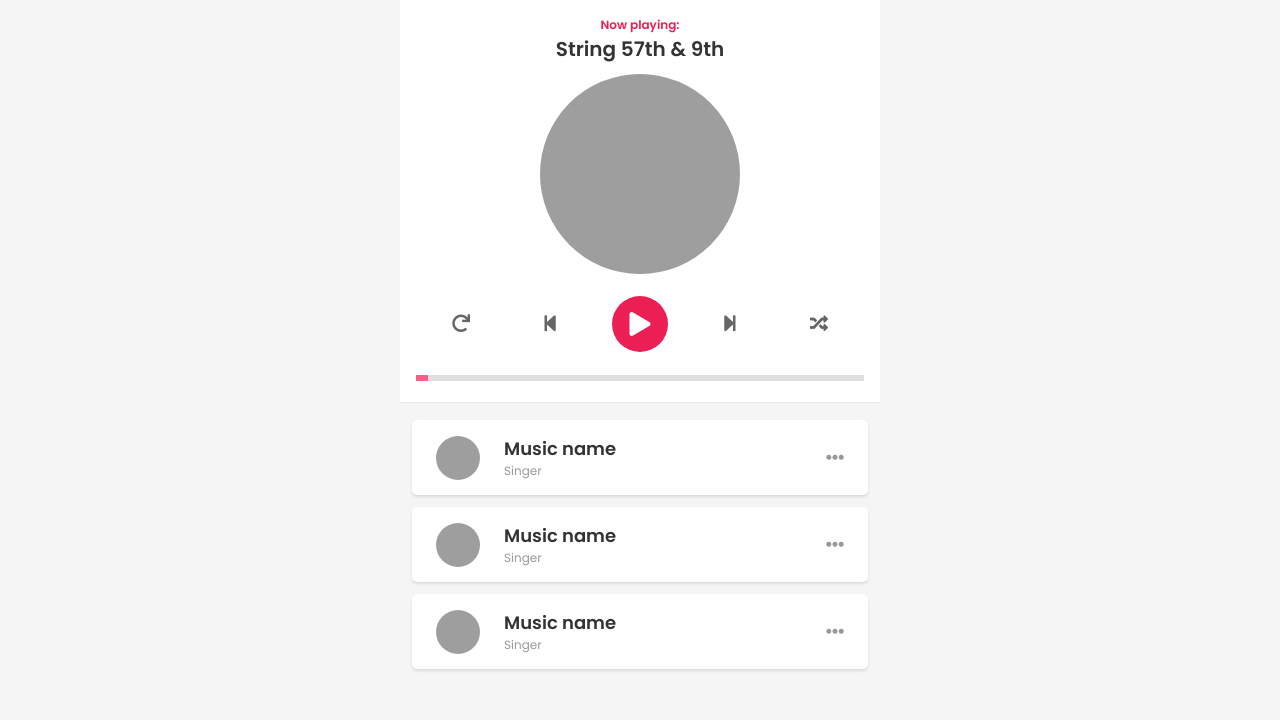
Repository: vandat598/musicPlayer
Page: index.html
An editor plug-in stored every save of this project. The page is shown before and after the next save, followed by the edit.
The browser window is 1280 px wide. The pictures show the whole page.
Pictures or frames that could not be fetched are drawn as grey boxes.

Above is the page before, as saved 2022-04-25 15:51:58.
Console error: SyntaxError: Unexpected identifier 'start'

After the next save:
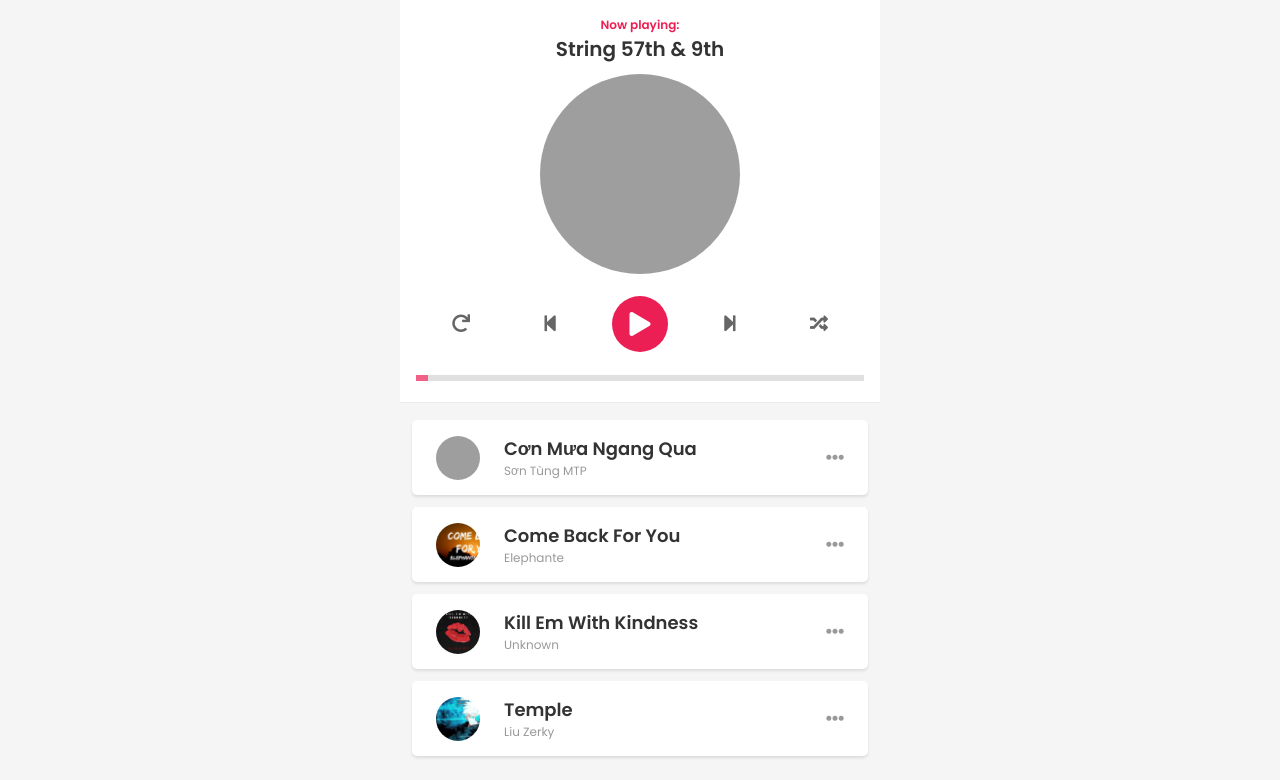
The error is gone.
Saved 9 s later.
--- a/index.html
+++ b/index.html
@@ -183,10 +183,11 @@
           $('.playlist').innerHTML = htmls.join('');
         },
         handleEvent() {
-          document.onscroll = function() {
-            const scrollTop = window.scrollY || document.documentElement.scrollTop
-          }
-        }
+          document.onscroll = function () {
+            const scrollTop =
+              window.scrollY || document.documentElement.scrollTop;
+          };
+        },
         start() {
           this.render();
         },
